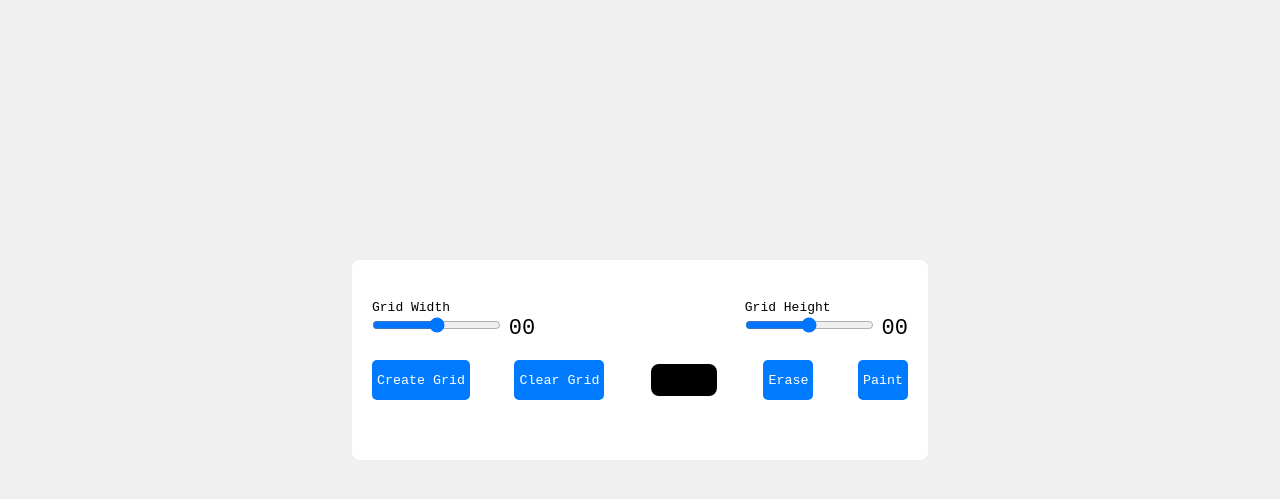
Repository: radisyah/Pixel_Art_Generator
Page: index.html
An editor plug-in stored every save of this project. The page is shown before and after the next save, followed by the edit.
The browser window is 1280 px wide. The pictures show the whole page.

Above is the page before, as saved 2024-11-20 12:42:03.

### index.html
<!DOCTYPE html>
<html lang="en">
<head>
    <meta charset="UTF-8">
    <meta name="viewport" content="width=device-width, initial-scale=1.0">
    <link rel="stylesheet" href="style.css">
    <title>#1 - Pixel Art Generator | AsmrProg</title>
</head>
<body>

    <div class="wrapper">

        <div class="options">
            <div class="option-wrapper">
                <div class="slider">
                    <label for="width-range">Grid Width</label>
                    <input type="range" id="width-range" min="1" max="35">
                    <span id="width-value">00</span>
                </div>
                <div class="slider">
                    <label for="height-range">Grid Height</label>
                    <input type="range" id="height-range" min="1" max="35">
                    <span id="height-range">00</span>
                </div>
            </div>

            <div class="option-wrapper">
                <button id="submit-grid">Create Grid</button>
                <button id="clear-grid">Clear Grid</button>
                <input type="color" id="color-input">
                <button id="erase-btn">Erase</button>
                <button id="paint-btn">Paint</button>
            </div>

        </div>

        <div class="container"></div>

    </div>

    <script src="index.js"></script>

</body>
</html>

### style.css
*{
    padding: 0;
    margin: 0;
    box-sizing: border-box;
    font-family: monospace;
}

body{
    background-color: #f0f0f0;
}

.wrapper{
    background-color: white;
    width: 80vmin;
    position: absolute;
    transform: translate(-50%, -50%);
    top: 50%;
    left: 50%;
    padding: 40px 20px;
    border-radius: 8px;
}

label{
    display: block;
}

span{
    position: relative;
    font-size: 22px;
    bottom: -1px;
}

.option-wrapper{
    display: flex;
    justify-content: space-between;
    margin-bottom: 20px;
    gap: 10px;
}

button{
    background-color: #007bff;
    border: 0;
    border-radius: 5px;
    padding: 5px;
    color: white;
}

input[type="color"]{
    -webkit-appearance: none;
    -moz-appearance: none;
    appearance: none;
    background-color: transparent;
    width: 70px;
    height: 40px;
    border: none;
    cursor: pointer;
}

input[type="color"]::-webkit-color-swatch{
    border-radius: 8px;
    border: 4px solid black;
}

.gridCol{
    height: 1em;
    width: 1em;
    border: 1px solid #ddd;
}

.gridRow{
    display: flex;
}

@media only screen and (max-width: 768px){
    .gridCol{
        height: 0.8em;
        width: 0.8em;
    }
}

Loaded but not shown: index.js (no stored copy; drawn as an empty file)

After the next save:
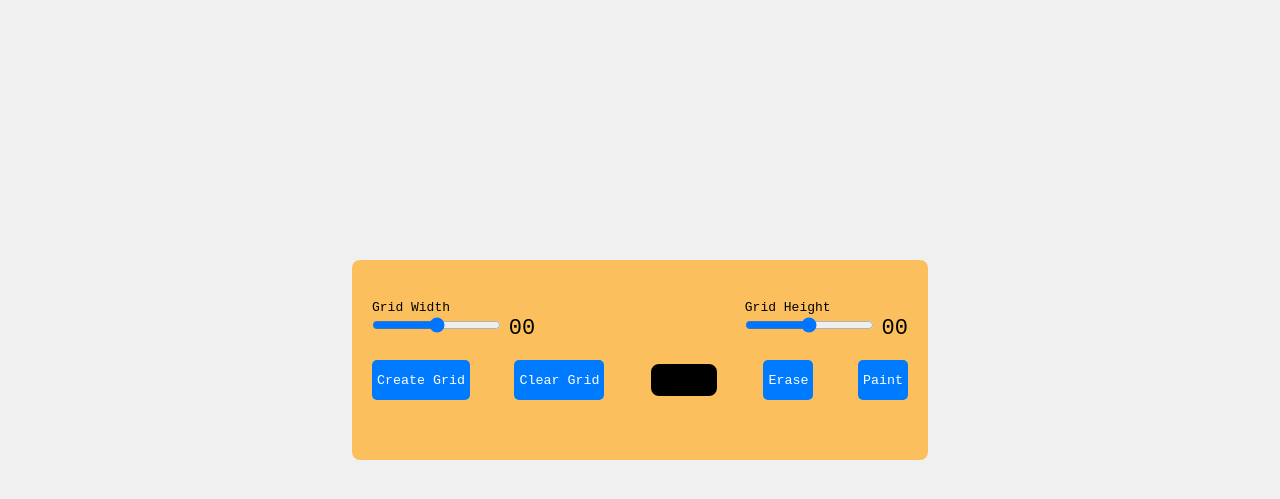
Saved 11 s later.
--- a/style.css
+++ b/style.css
@@ -10,7 +10,7 @@ body{
 }
 
 .wrapper{
-    background-color: white;
+    background-color: #fbc05d;
     width: 80vmin;
     position: absolute;
     transform: translate(-50%, -50%);
